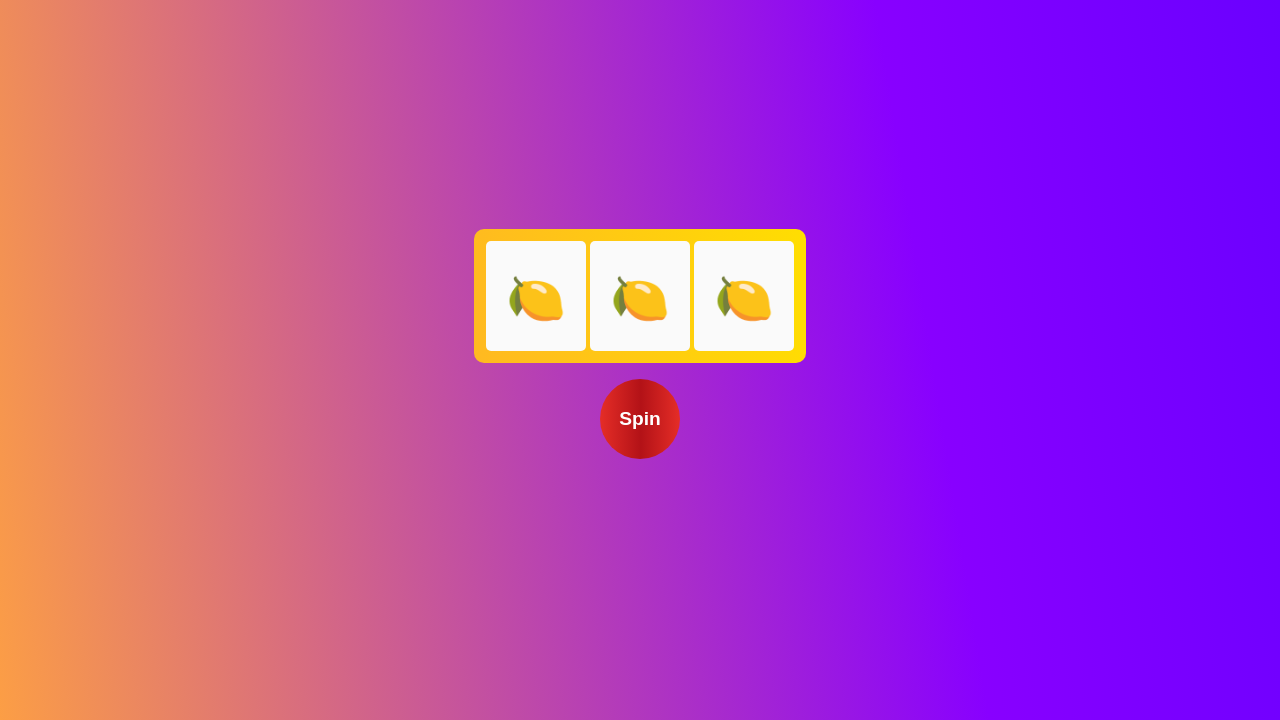
Repository: HERBOD7/slotmachine
Page: /
The author's editor kept a copy of each file at every save. The page is drawn from the files as they stood at one save, then again after the next save.
The browser window is 1280 px wide. The pictures show the whole page.
The pointer rests on the first visible `.spinner`.
The project was rebuilt for these pictures with package versions that can differ from the ones it lists, and the page was loaded fresh each time. Also part of the build but not shown: vue.config.js.

Above is the page before, as saved 2023-07-23 12:09:02.

### src/App.vue
<template>
  <div id="app">
    <div class="slots">
      <div class="slot" v-for="(symbol, name, i) in symbols" :key="i">
        <SlotBox
          :symbols="symbol"
          :slotName="name"
          :slotIsShuffling="isShuffling"
        />
      </div>
    </div>

    <div class="buttons">
      <button @click="spin" class="spinner">Spin</button>
    </div>
  </div>
</template>

<script>
import SlotBox from "./components/SlotBox.vue";

export default {
  name: "App",
  components: {
    SlotBox,
  },
  data() {
    return {
      symbols: {
        firstSlot: ["🍋", "🍉", "🍒", "🍊"],
        secondSlot: ["🍋", "🍉", "🍒", "🍊"],
        thirdSlot: ["🍋", "🍉", "🍒", "🍊"],
      },
      isShuffling: false,
    };
  },
  methods: {
    spin() {
      this.isShuffling = true;
      for (let name in this.symbols) {
        const arr = [];
        arr.push(...this.symbols[name]);
        this.symbols[name] = this.shuffle(arr);
      }
      setTimeout(() => {
        this.isShuffling = false;
      }, 100);
    },
    shuffle(array) {
      for (let i = array.length - 1; i > 0; i--) {
        const j = Math.floor(Math.random() * (i + 1));
        [array[i], array[j]] = [array[j], array[i]];
      }
      return array;
    },
  },
};
</script>

<style>
body {
  width: 100vw;
  height: 100vh;
  margin: 0;
  padding: 0;
}

#app {
  width: 100%;
  height: 100%;
  display: flex;
  flex-direction: column;
  justify-content: center;
  align-items: center;
  background: rgb(106, 0, 255);
  background: linear-gradient(
    261deg,
    rgba(106, 0, 255, 1) 0%,
    rgba(136, 0, 255, 1) 29%,
    rgba(252, 158, 69, 1) 100%
  );
}

.slots {
  display: flex;
  background: rgb(255, 222, 1);
  background: linear-gradient(
    261deg,
    rgba(255, 222, 1, 1) 0%,
    rgba(255, 185, 33, 1) 100%
  );
  padding: 10px;
  border-radius: 10px;
}

.slot {
  background: #fafafa;
  width: 100px;
  height: 110px;
  overflow: hidden;
  border-radius: 5px;
  margin: 2px;
}

.buttons {
  margin: 1rem 0 2rem 0;
}

button {
  cursor: pointer;
  font-size: 1.2rem;
  margin: 0 0.2rem;
  border: none;
  border-radius: 5px;
  padding: 10px 15px;
}

.spinner {
  height: 80px;
  width: 80px;
  border-radius: 100%;
  background: rgb(255, 0, 0);
  background: linear-gradient(to right, #e52d27 0%, #b31217 51%, #e52d27 100%);
  color: white;
  font-weight: bold;
}

.spinner:hover {
  background: linear-gradient(to right, #e52d27 0%, #b31217 51%, #e52d27 100%);
}
</style>

### src/components/SlotBox.vue
<template>
  <div class="boxes">
    <div
      :class="[
        'box',
        slotIsShuffling ? 'before-animate blur' : slotName + '-animation',
      ]"
      v-for="(item, index) in symbols"
      :key="index"
    >
      {{ item }}
    </div>
  </div>
</template>

<script>
export default {
  name: "SlotBox",
  props: {
    symbols: Array,
    slotIsShuffling: Boolean,
    slotName: String,
  },
};
</script>

<!-- Add "scoped" attribute to limit CSS to this component only -->
<style scoped>
.boxes {
  transform: translateY(0);
  transition: transform 1s ease-in-out;
}

.box {
  display: flex;
  justify-content: center;
  align-items: center;
  font-size: 3rem;
  height: 110px;
  width: 100px;
}

.firstSlot-animation {
  transform: translateY(3px);
  transition: transform 0.5s ease-in-out;
}

.secondSlot-animation {
  transform: translateY(3px);
  transition: transform 0.8s ease-in-out;
}

.thirdSlot-animation {
  transform: translateY(3px);
  transition: transform 1s ease-in-out;
}

.before-animate {
  transform: translateY(-20px);
}

.blur {
  filter: blur(1px);
}
</style>

Loaded but not shown: public/index.html (common file); src/main.js (common file)

After the next save:
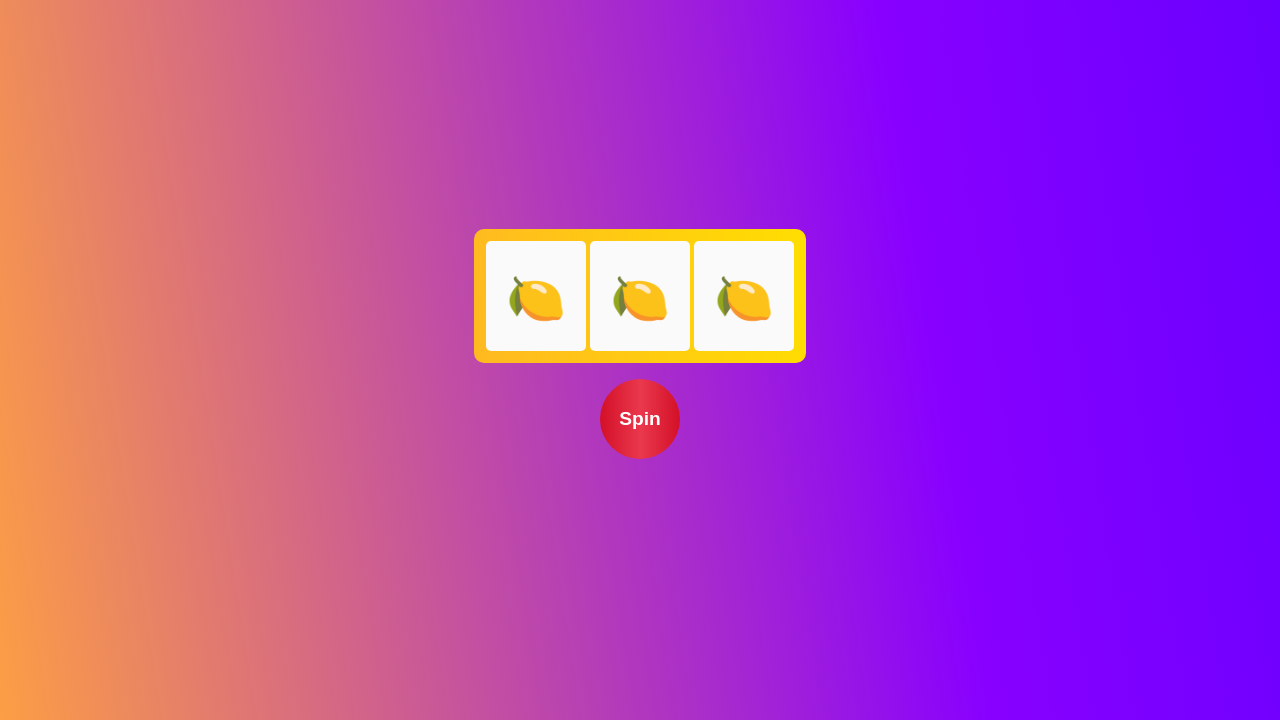
Saved 20 s later.
--- a/src/App.vue
+++ b/src/App.vue
@@ -126,6 +126,6 @@ button {
 }
 
 .spinner:hover {
-  background: linear-gradient(to right, #e52d27 0%, #b31217 51%, #e52d27 100%);
+  background: linear-gradient(to right, #d31027 0%, #ea384d 51%, #d31027 100%);
 }
 </style>
